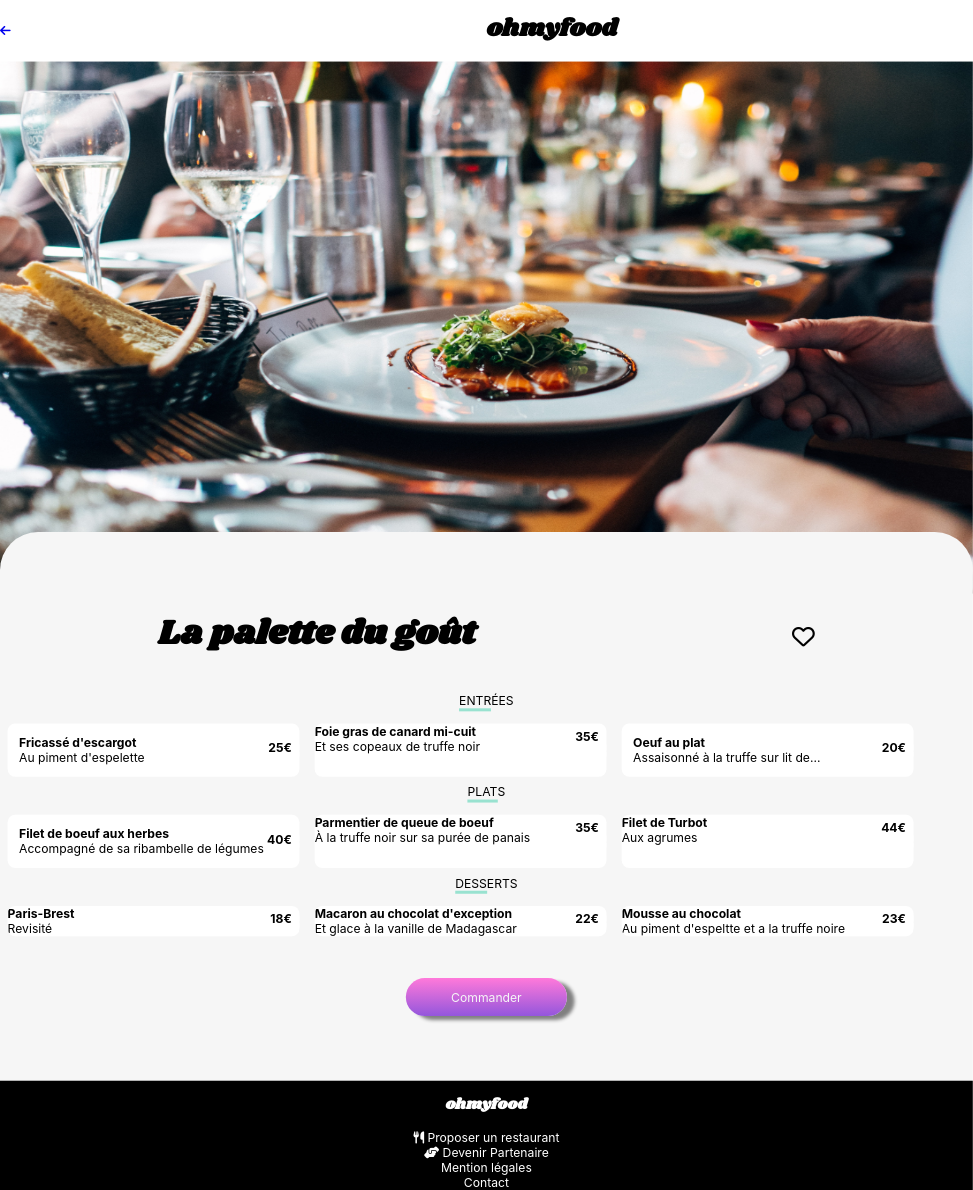
Repository: yacinebouk/ohmyfood
Page: palette.html
The author's editor kept a copy of each file at every save. The page is drawn from the files as they stood at one save, then again after the next save.
The browser window is 1280 px wide. The pictures show the whole page, at 76% of full size.
The pointer rests on the first visible `.border`.
Some web libraries are served in a nearby version. The style sheet was rebuilt from its Sass, Less or Tailwind sources for each picture, by a compiler version that may differ from the author's.

Above is the page before, as saved 2022-06-27 16:39:11.

After the next save:
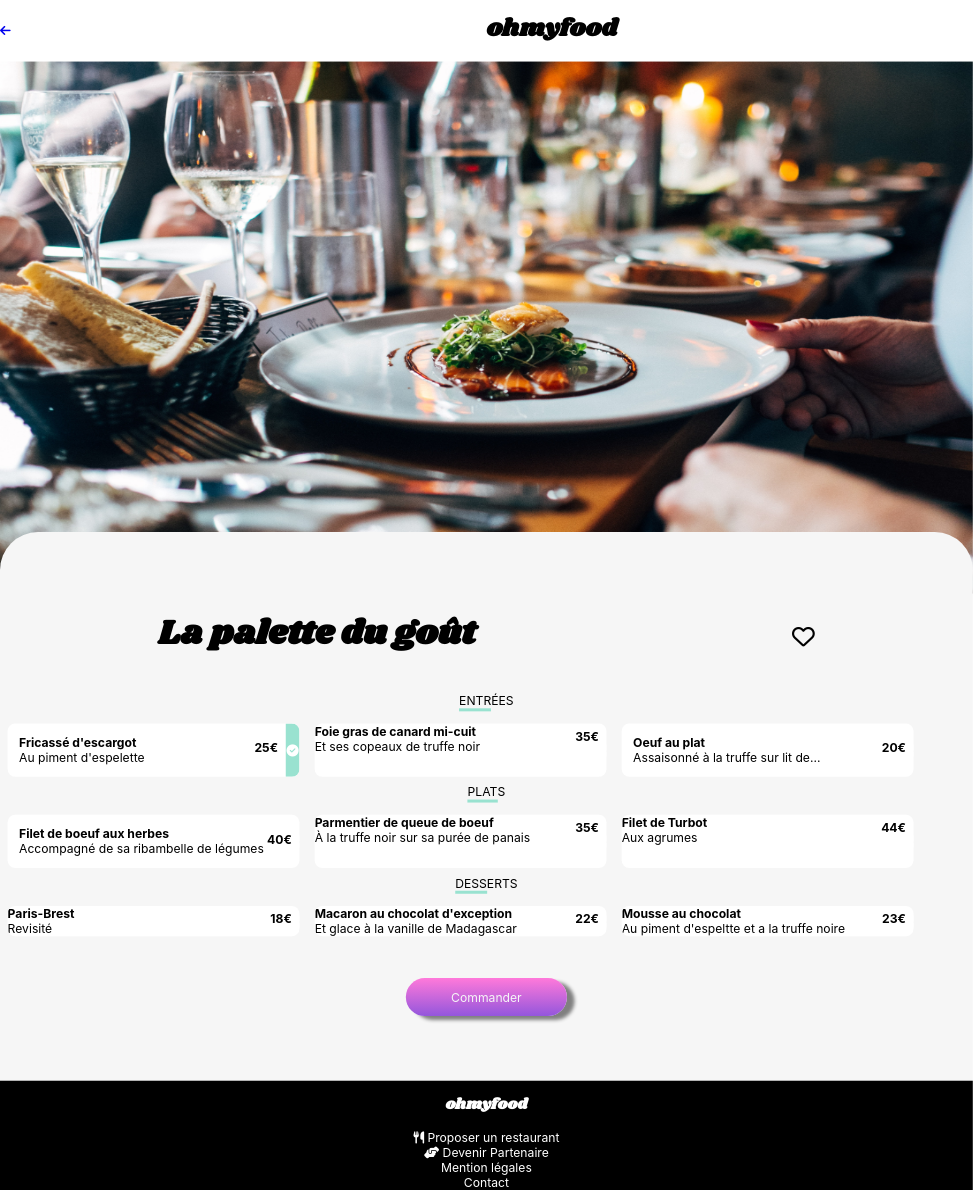
Saved 7 s later.
--- a/style/francaise.scss
+++ b/style/francaise.scss
@@ -155,7 +155,7 @@
      }
 
      .border:hover .icon-slide {
-         width: 0px;
+         width: 20px;
          transition: width 1s;
      }
 
